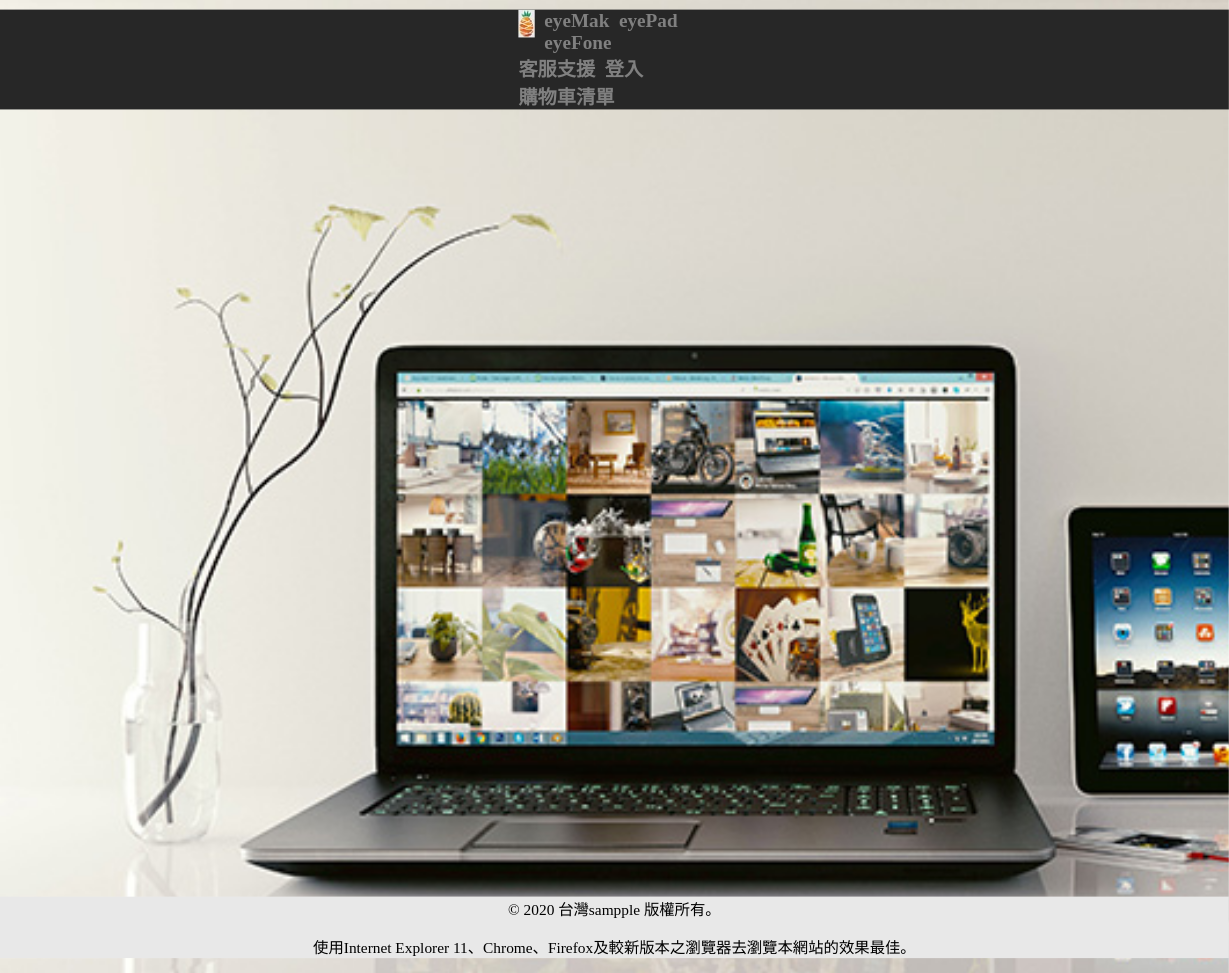
Repository: Vincent4142/NewFinalProject
Page: http://localhost/FinalProject/
An editor plug-in stored every save of this project. The page is shown before and after the next save, followed by the edit.
The browser window is 1280 px wide. The pictures show the whole page, at 96% of full size.
The page is served by Tomcat 9. Other server files are loaded and not shown.

Above is the page before, as saved 2020-04-09 06:25:04.

### FinalProject/WebContent/index.jsp
<%@ page language="java" contentType="text/html; charset=UTF-8"
	pageEncoding="UTF-8"%>

<!DOCTYPE html>
<html>
<head>
<meta charset="UTF-8">
<title>index</title>
<style type="text/css">
body {
	background-image: url(img/indexbackground.jpg);
	background-repeat: no-repeat;
	background-size: cover;
	margin: 0px;
	padding: 0px;
}
#content{
	height: 700px;
}

</style>
</head>
<body>

	<%@ include file="fragment/indexTOP.jsp"%>


	<div id="content">

	</div>




	<%@ include file="fragment/indexBOTTOM.jsp"%>
</body>
</html>

### FinalProject/WebContent/fragment/indexTOP.jsp
<%@ page language="java" contentType="text/html; charset=UTF-8"
	pageEncoding="UTF-8"%>
<!DOCTYPE html>
<html>
<head>
<meta charset="UTF-8">
<title>indexTOP</title>

<style type="text/css">
.nav {
	padding-left:500px;
	padding-right:500px;
	margin-top: -10px;
	margin-bottom:0px;
	background-color: #272727;
}
/* 主UL */
.navul {

	list-style-type: none;
	font-weight: bolder;
	font-size: 20px;
	overflow: auto;
}

.navul li {
	border-radius: 5px;
	margin-left: 0px;
	margin-right: 10px;
	float: left;
	display: block;
	position: static;
}

.navul li a {
	text-decoration: none;
	color: gray;
}

.navul li a:hover {
	color: white;
}

#navright {
	float: right;
}
</style>

</head>
<body>

	<nav class="nav" style="text-align: center;">

		<ul class="navul">
			<li><a href="index.jsp"><img alt="logo" src="img/pineapple.jpg"></a></li>
			<li><a href="eyeMakPage.jsp">eyeMak</a></li>
			<li><a href="eyePadPage.jsp">eyePad</a></li>
			<li><a href="eyeFonePage.jsp">eyeFone</a></li>

			<div id="navright">
				<li><a href="customerServicePage.jsp">客服支援</a></li>
				<li><a href="LoginPage.jsp">登入</a></li>
				<li><a href="shoppingcartPage.jsp">購物車清單</a></li>
			</div>
		</ul>

	</nav>

</body>
</html>

### FinalProject/WebContent/fragment/indexBOTTOM.jsp
<%@ page language="java" contentType="text/html; charset=UTF-8"
    pageEncoding="UTF-8"%>
<!DOCTYPE html>
<html>
<head>
<meta charset="UTF-8">
<title>indexBOTTOM</title>

<style type="text/css">

	#bottom{
		background-color:#E8E8E8;
		text-align: center;
		margin-top: 100px;
	}

</style>

</head>
<body>
	<div id="bottom">
		<p>© 2020 台灣sampple 版權所有。</p>

		<p>使用Internet Explorer 11、Chrome、Firefox及較新版本之瀏覽器去瀏覽本網站的效果最佳。</p>
	</div>
</body>
</html>

After the next save:
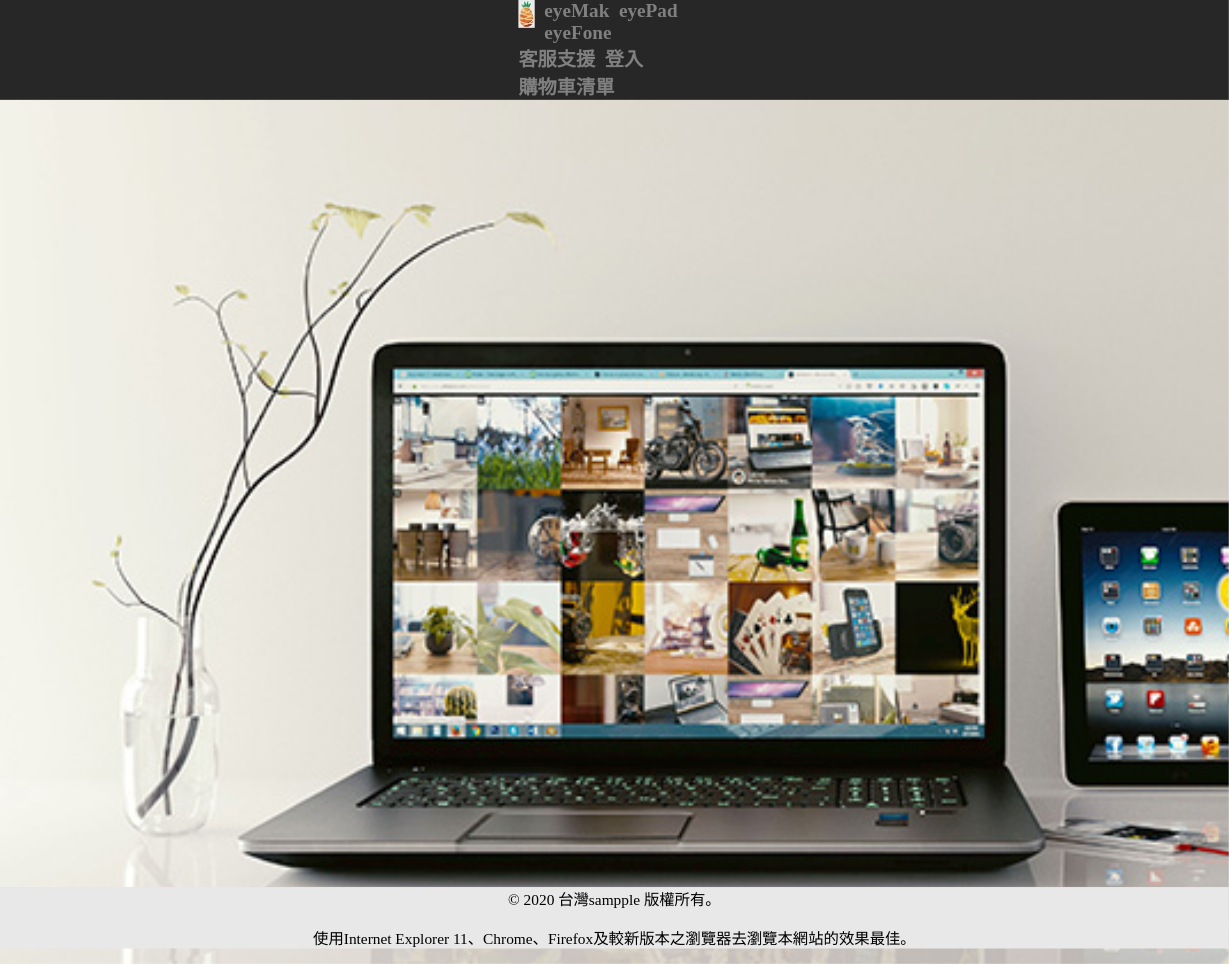
Saved 14 s later.
--- a/FinalProject/WebContent/fragment/indexTOP.jsp
+++ b/FinalProject/WebContent/fragment/indexTOP.jsp
@@ -10,7 +10,7 @@
 .nav {
 	padding-left:500px;
 	padding-right:500px;
-	margin-top: -10px;
+	margin-top: -20px;
 	margin-bottom:0px;
 	background-color: #272727;
 }
